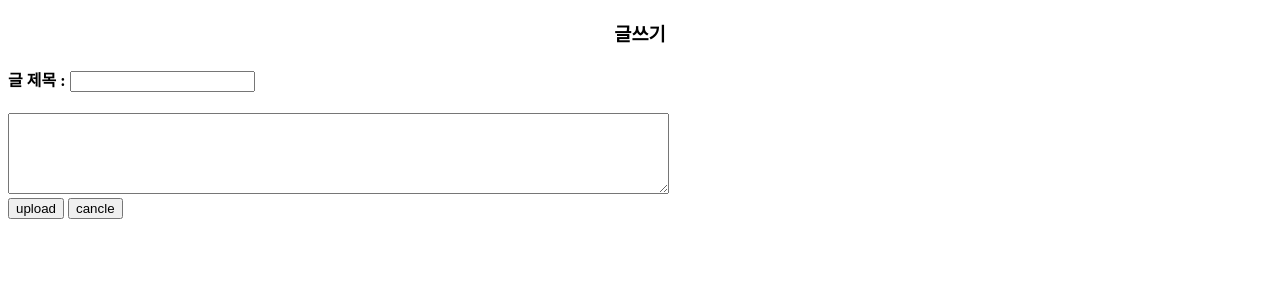
Repository: supremehappy/JSP_test02
Page: Myhome/WebContent/WEB-INF/bbsInput.html
These files come from the project's save history. The page is drawn as it stood at one moment and after the next save; the edit follows.
The browser window is 1280 px wide. The pictures show the whole page.

Above is the page before, as saved 2017-07-25 08:49:24.

### Myhome/WebContent/WEB-INF/bbsInput.html
<!DOCTYPE html>
<html>
<head>
<meta charset="UTF-8">
<title>Insert title here</title>
</head>
<body>
<h3 align="center">글쓰기</h3>
<form action="bbs-post" method="post">
	<h4>글 제목 : <input type="text" name="title"></h4>
	<textarea rows="5" cols="80" name="content"></textarea></br>
	<input type="submit" value="upload">
	<input type="reset" value="cancle">
</form>
</body>
</html>

After the next save:
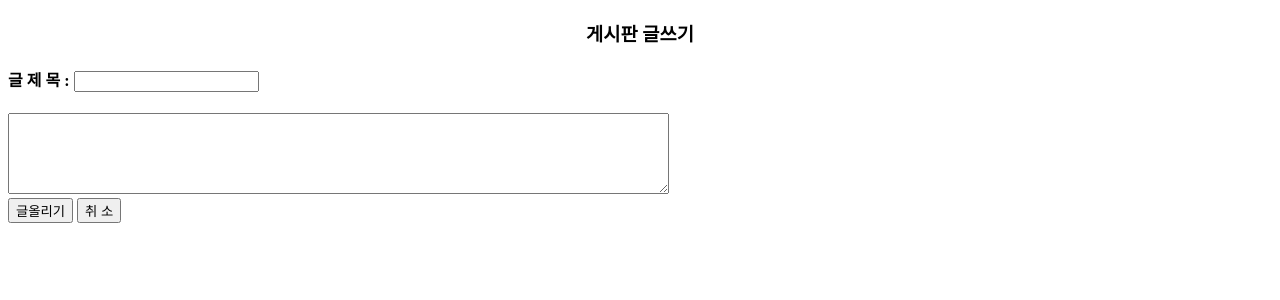
Saved 2 min 6 s later.
--- a/Myhome/WebContent/WEB-INF/bbsInput.html
+++ b/Myhome/WebContent/WEB-INF/bbsInput.html
@@ -5,12 +5,12 @@
 <title>Insert title here</title>
 </head>
 <body>
-<h3 align="center">글쓰기</h3>
+<h3 align="center">게시판 글쓰기</h3>
 <form action="bbs-post" method="post">
-	<h4>글 제목 : <input type="text" name="title"></h4>
-	<textarea rows="5" cols="80" name="content"></textarea></br>
-	<input type="submit" value="upload">
-	<input type="reset" value="cancle">
+<h4>글 제 목 : <input type="text" name="TITLE"></h4>
+<textarea cols="80" rows="5" name="CONTENT"></textarea><br/>
+<input type="submit" value="글올리기"/>
+<input type="reset" value="취 소"/>
 </form>
 </body>
 </html>
